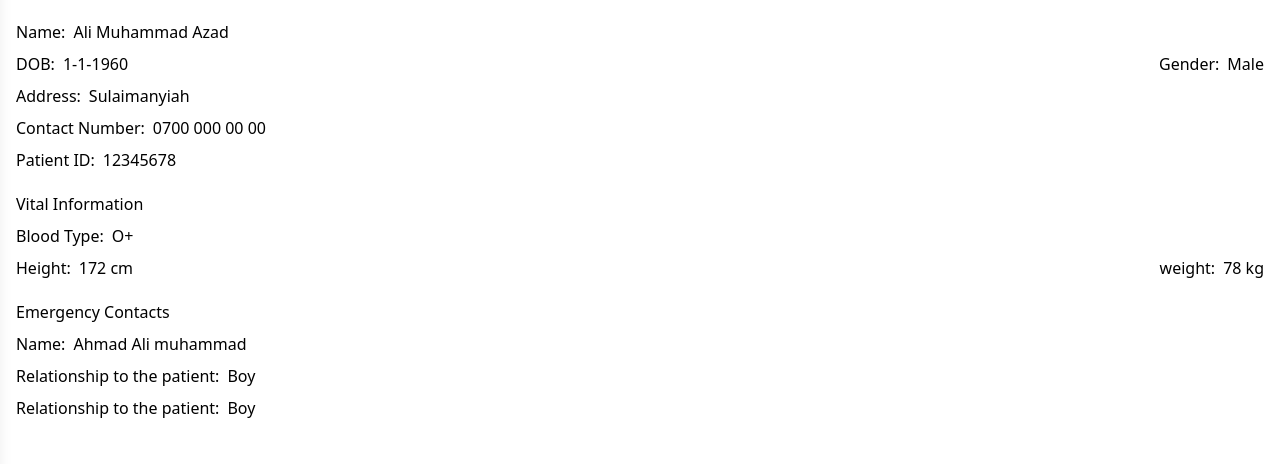
Repository: Sanaa00/HI-user
Page: /
These files come from the project's save history. The page is drawn as it stood at one moment and after the next save; the edit follows.
The browser window is 1280 px wide. The pictures show the part of the page from y = 336 to 800 px (the page is 800 px tall).
The project was rebuilt for these pictures with package versions that can differ from the ones it lists, and the page was loaded fresh each time. Also part of the build but not shown: vite.config.js, src/App.css, src/Pages/Test.jsx.

Above is the page before, as saved 2024-01-10 21:49:54.

### src/main.jsx
import React from 'react';
import ReactDOM from 'react-dom/client';
import App from './App.jsx';
import './index.css';
import { BrowserRouter } from 'react-router-dom';

ReactDOM.createRoot(document.getElementById('root')).render(
  <React.StrictMode>
    <BrowserRouter>
      {/* <Provider store={store}> */}
      <App />
      {/* </Provider>{' '} */}
    </BrowserRouter>
  </React.StrictMode>,
);

### src/App.jsx
import { Route, Routes } from 'react-router-dom';
import './App.css';
import Home from './Pages/Home';
import Test from './Pages/Test';
import Navbar from './Components/Navbar';

function App() {
  return (
    <>
      <Navbar />
      <Routes>
        <Route path="/" element={<Home />}>
          <Route path="/test" element={<Test />} />
          {/* <Route path="products" element={<Products />} />
          <Route path="setting" element={<Setting />} />
          <Route path="hide" element={<HideProducts />} /> */}
        </Route>
      </Routes>
    </>
  );
}

export default App;

### src/Pages/Home.jsx
function Home() {
  return (
    <div className="mt-20 h-screen p-4">
      <img
        className="object-cover w-full rounded-md h-60 "
        src="https://images.unsplash.com/photo-1504257432389-52343af06ae3?q=80&w=1887&auto=format&fit=crop&ixlib=rb-4.0.3&ixid=M3wxMjA3fDB8MHxwaG90by1wYWdlfHx8fGVufDB8fHx8fA%3D%3D"
        alt="user"
      />
      <div className="mt-5">
        <span>Name:</span>
        <span className="ml-2">Ali Muhammad Azad</span>
      </div>{' '}
      <div className="mt-2 flex justify-between items-center">
        <span>
          {' '}
          <span>DOB:</span>
          <span className="ml-2">1-1-1960</span>
        </span>{' '}
        <span>
          {' '}
          <span>Gender:</span>
          <span className="ml-2">Male</span>
        </span>
      </div>{' '}
      {/* ******************** */}
      <div className="mt-2 flex justify-between items-center">
        <span>
          {' '}
          <span>Address:</span>
          <span className="ml-2">Sulaimanyiah</span>
        </span>
      </div>
      {/* ****************** */}
      <div className="mt-2 flex justify-between items-center">
        <span>
          {' '}
          <span>Contact Number:</span>
          <span className="ml-2">0700 000 00 00</span>
        </span>{' '}
      </div>{' '}
      <div className="mt-2 flex justify-between items-center">
        <span>
          {' '}
          <span>Patient ID:</span>
          <span className="ml-2">12345678</span>
        </span>{' '}
      </div>
      {/* **********vital information*********** */}
      <div className="mt-5">Vital Information</div>
      <div className="mt-2 flex justify-between items-center">
        <span>
          {' '}
          <span>Blood Type:</span>
          <span className="ml-2">O+</span>
        </span>{' '}
      </div>{' '}
      <div className="mt-2 flex justify-between items-center">
        <span>
          {' '}
          <span>Height:</span>
          <span className="ml-2">172 cm</span>
        </span>{' '}
        <span>
          {' '}
          <span>weight:</span>
          <span className="ml-2">78 kg</span>
        </span>{' '}
      </div>{' '}
      {/* ***************Emergency Contacts********** */}
      <div className="mt-5">Emergency Contacts</div>
      <div className="mt-2 flex justify-between items-center">
        <span>
          {' '}
          <span>Name:</span>
          <span className="ml-2">Ahmad Ali muhammad</span>
        </span>{' '}
      </div>{' '}
      <div className="mt-2 flex justify-between items-center">
        <span>
          {' '}
          <span>Relationship to the patient:</span>
          <span className="ml-2">Boy</span>
        </span>{' '}
      </div>{' '}
      <div className="mt-2 flex justify-between items-center">
        <span>
          {' '}
          <span>Relationship to the patient:</span>
          <span className="ml-2">Boy</span>
        </span>{' '}
      </div>
    </div>
  );
}

export default Home;

### src/Components/Navbar.jsx
import { useState } from 'react';
import { Link, NavLink } from 'react-router-dom';

function Navbar() {
  const [open, setOpen] = useState(false);
  return (
    <div className="flex text-neutral-700 top-0 z-50 fixed px-4 justify-between items-center bg-white h-16 w-full">
      <div
        className={` flex justify-between hover:bg-opacity-80 duration-500 hover:duration-500 items-center w-full h-full text-lg font-bold`}
      >
        <button onClick={() => setOpen(!open)} className="">
          menu
          {/* <GiHamburgerMenu className="w-8 object-cover h-9 text-orange" /> */}
        </button>{' '}
        <div
          className={` bg-white rounded-sm  flex flex-col fixed w-3/5 lg:w-96 top-0 z-40 left-0 shadow-lg transform duration-500 ease-in-out ${
            open ? 'translate-x-0' : '-translate-x-full'
          }`}
        >
          <button
            onClick={() => setOpen(!open)}
            className="mt-8 mb-2 left-0 px-4 flex h-16"
          >
            close
            {/* <IoCloseCircle className="text-orange justify-end w-8 object-cover h-8 self-end" /> */}
          </button>

          <div className="w-full h-screen flex flex-col text-orange p-4">
            <Link to="/" onClick={() => setOpen(!open)} className="py-3">
              Home
            </Link>
            <Link to="/skills" onClick={() => setOpen(!open)} className="py-3">
              Skills
            </Link>
            <Link
              to="/projects"
              onClick={() => setOpen(!open)}
              className="py-3"
            >
              Projects
            </Link>
          </div>
        </div>
      </div>
      <NavLink to="/" className="ml-2 font-bold">
        Name
      </NavLink>
    </div>
  );
}

export default Navbar;

Loaded but not shown: index.html (common file); src/index.css (common file); tailwind.config.js (common file)

After the next save:
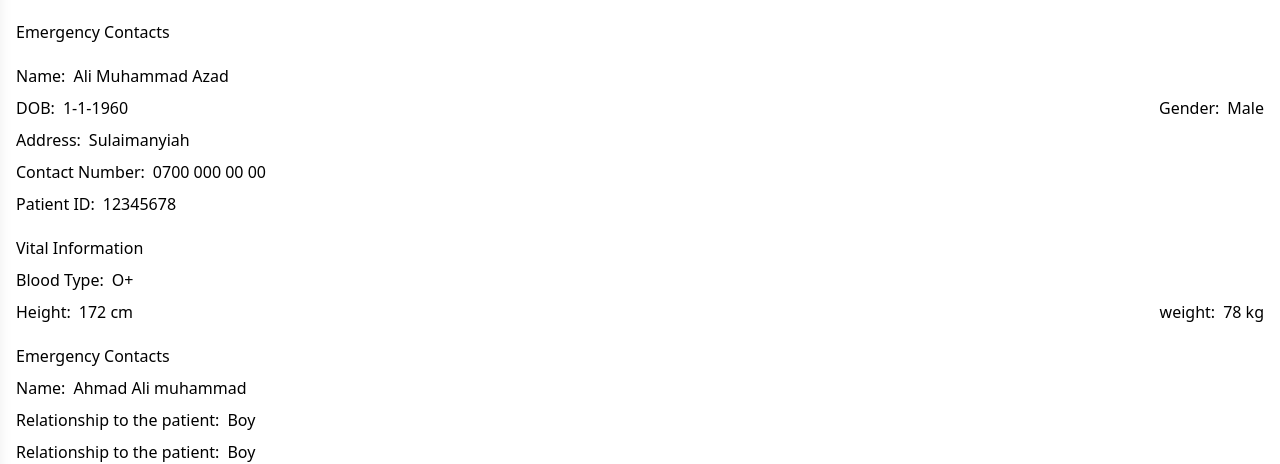
Saved 26 s later.
--- a/src/Pages/Home.jsx
+++ b/src/Pages/Home.jsx
@@ -6,6 +6,7 @@ function Home() {
         src="https://images.unsplash.com/photo-1504257432389-52343af06ae3?q=80&w=1887&auto=format&fit=crop&ixlib=rb-4.0.3&ixid=M3wxMjA3fDB8MHxwaG90by1wYWdlfHx8fGVufDB8fHx8fA%3D%3D"
         alt="user"
       />
+      <div className="mt-5">Emergency Contacts</div>
       <div className="mt-5">
         <span>Name:</span>
         <span className="ml-2">Ali Muhammad Azad</span>
